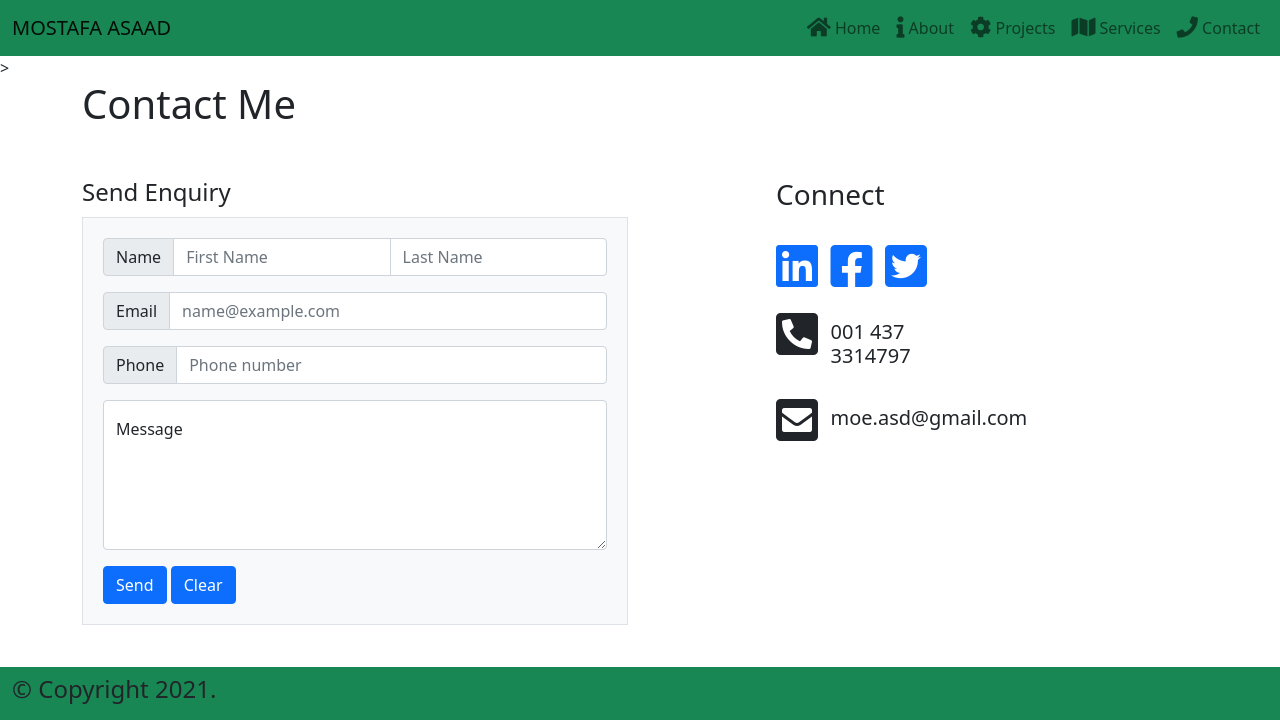
Repository: Mostafa-Asaad/Portfolio
Page: http://localhost/contact
These files come from the project's save history. The page is drawn as it stood at one moment and after the next save; the edit follows.
The browser window is 1280 px wide. The pictures show the whole page.
The page is served by the project's Node server (index.js).

Above is the page before, as saved 2021-06-04 17:20:20.

After the next save:
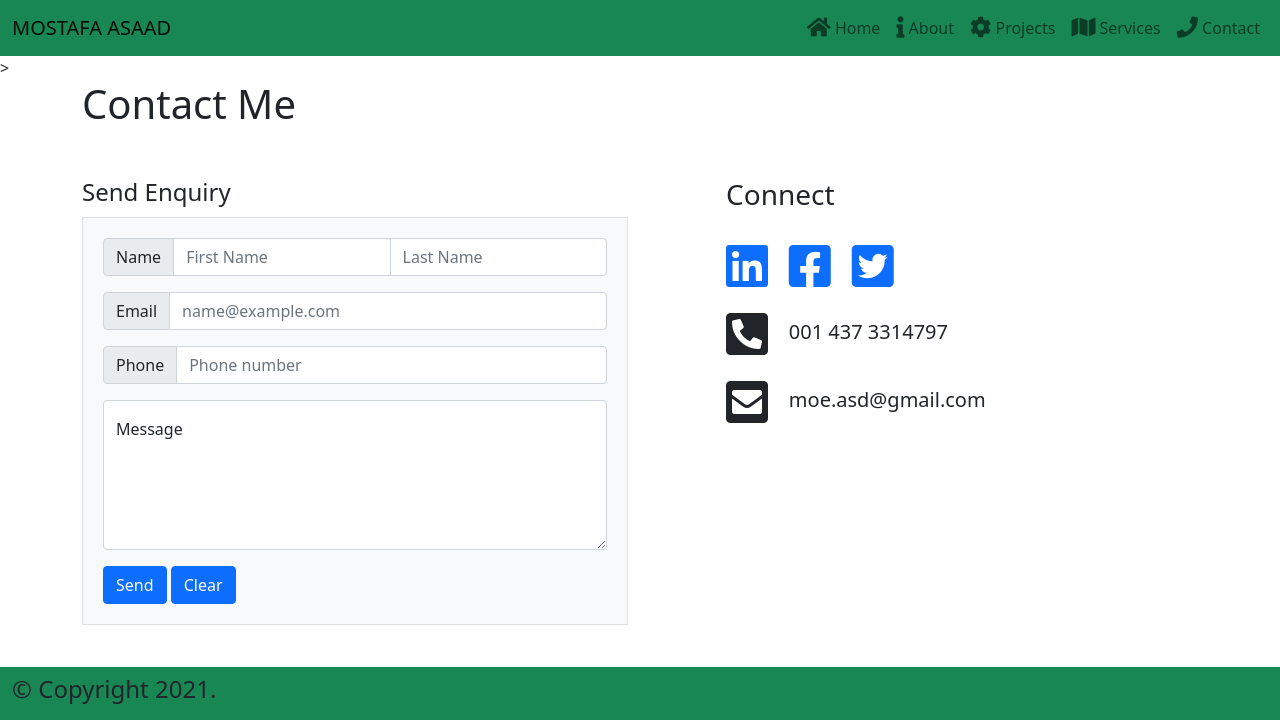
Saved 15 s later.
--- a/Server/Views/content/contact.ejs
+++ b/Server/Views/content/contact.ejs
@@ -44,7 +44,7 @@
   <!-- Connect Buttons -->
     <div class="col">
       <div class="container-fluid ">
-        <div style= "margin-left:100px;">
+        <div style= "margin-left:50px;">
           <div style= "margin-bottom:30px;">
             <h3>Connect</h3>
           </div>
